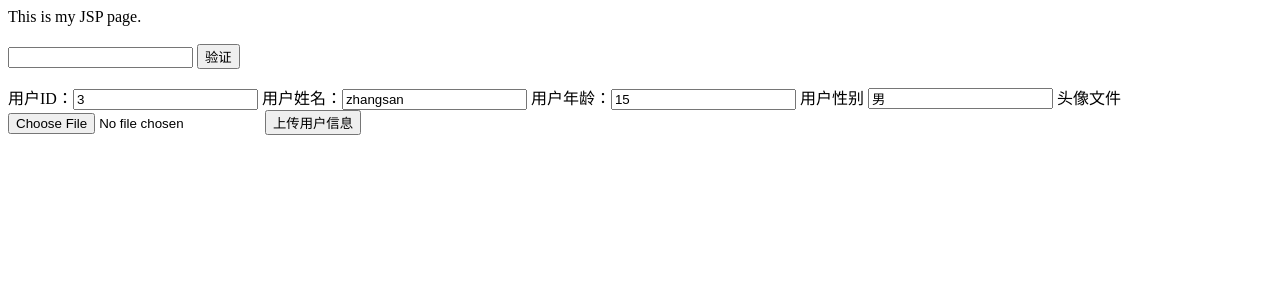
Repository: ruanhuabin/IntelliEyeShade
Page: http://localhost/IntelliEyeShade/users/users_verify.jsp
These files come from the project's save history. The page is drawn as it stood at one moment and after the next save; the edit follows.
The browser window is 1280 px wide. The pictures show the whole page.
The page is served by Tomcat 9. Nobody is signed in. The application's start-up code is not run.

Above is the page before, as saved 2016-12-14 05:57:10.

After the next save:
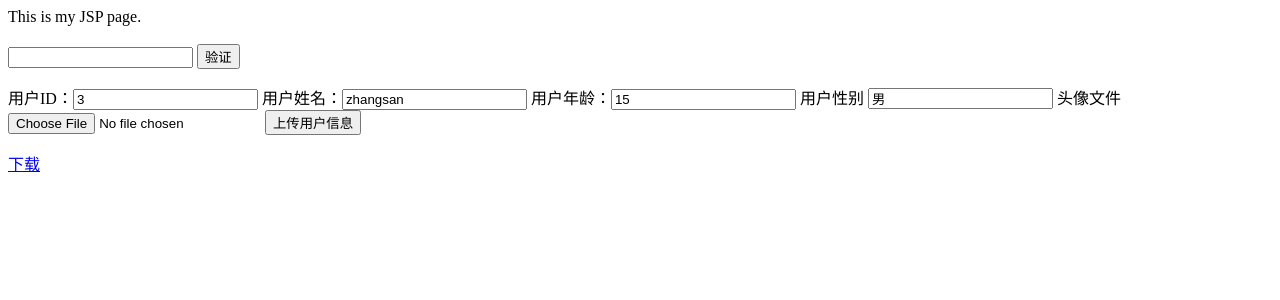
Saved 16 s later.
--- a/IntelliEyeShade/WebRoot/users/users_verify.jsp
+++ b/IntelliEyeShade/WebRoot/users/users_verify.jsp
@@ -44,6 +44,6 @@ String basePath = request.getScheme()+"://"+request.getServerName()+":"+request.
 
 
 
- <a href="<%=path%>/users/download.action?f=7.py"/>
+ <a href="<%=path%>/users/download.action?f=7.py">下载</a>
   </body>
 </html>
